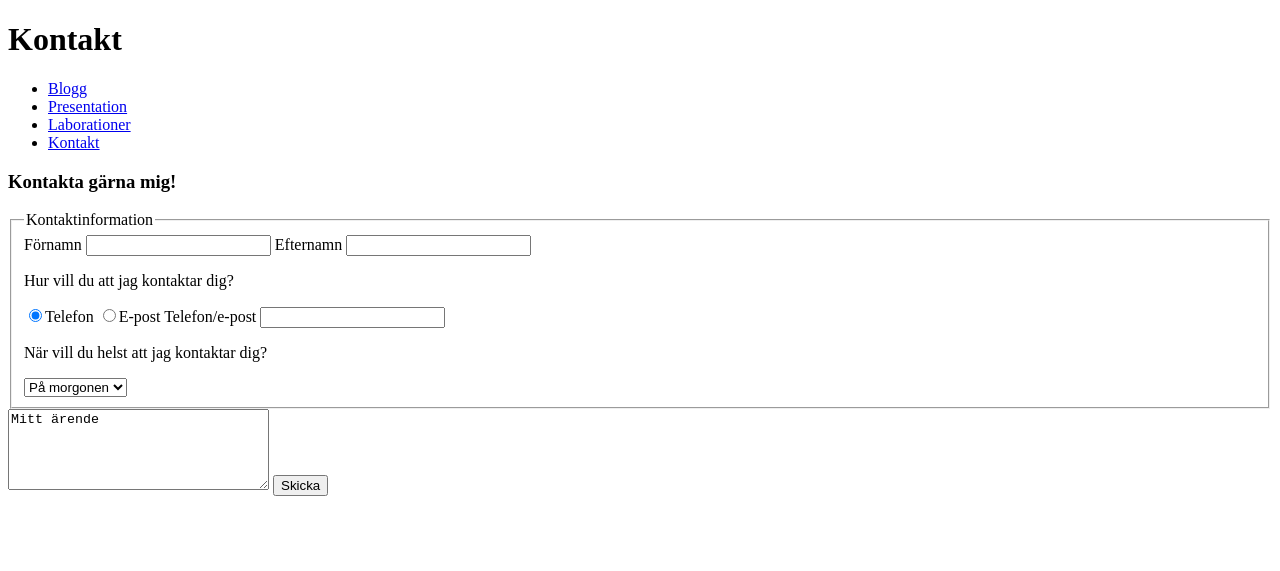
Repository: js223kz/1ik415-laborationer
Page: Pages/contact.html
The author's editor kept a record of every edit. The page is drawn from the files as they stood at one moment, then again after the next edit.
The browser window is 1280 px wide. The pictures show the whole page.

Above is the page before.

### Pages/contact.html
<!doctype html>
<html lang="sv">
    <head>
      <meta charset="utf-8" />
      <title>Kontakt</title>
    </head>

    <body>
        <header>
            <h1>Kontakt</h1>

        </header>

        <nav>
            <ul>
                <li><a href="../index.html">Blogg</a></li>
                <li><a href="presentation.html">Presentation</a></li>
                <li><a href="laborations.html">Laborationer</a></li>
                <li><a href="contact.html">Kontakt</a></li>
            </ul>

        <div id="content">
            <div id="contact">
                <h3>Kontakta gärna mig!</h3>

                <form method= "POST" action="http://voyager.lnu.se/tekinet/kurser/dtt/wp_webbintro/form.php">

                <fieldset>
                    <legend>Kontaktinformation</legend>

                    <label for="firstname">Förnamn</label>
                    <input type="text" id="firstname" name="firstname"/>

                    <label for="lastname">Efternamn</label>
                    <input type="text" id="lastname" name="lastname"/>

                    <p>Hur vill du att jag kontaktar dig?</p>
                    <input type="radio" value="telefon" name="contactoption" checked/>Telefon
                    <input type="radio" value="telefon" name="contactoption"/>E-post

                    <label for="contactinfo">Telefon/e-post</label>
                    <input type="text" id="contactinfo" name="contactinfo"/>

                    <p>När vill du helst att jag kontaktar dig?</p>
                    <select name="when" id="when">
                        <option checked>På morgonen</option>
                        <option>Efter lunch</option>
                        <option>På kvällen</option>
                    </select>
                </fieldset>






                    <textarea cols="30" rows="5" value="whatiwant">Mitt ärende</textarea>

                    <button type="submit">Skicka</button>
                </form>
            </div>
        </div>

    </body>
</html>

After the next edit:
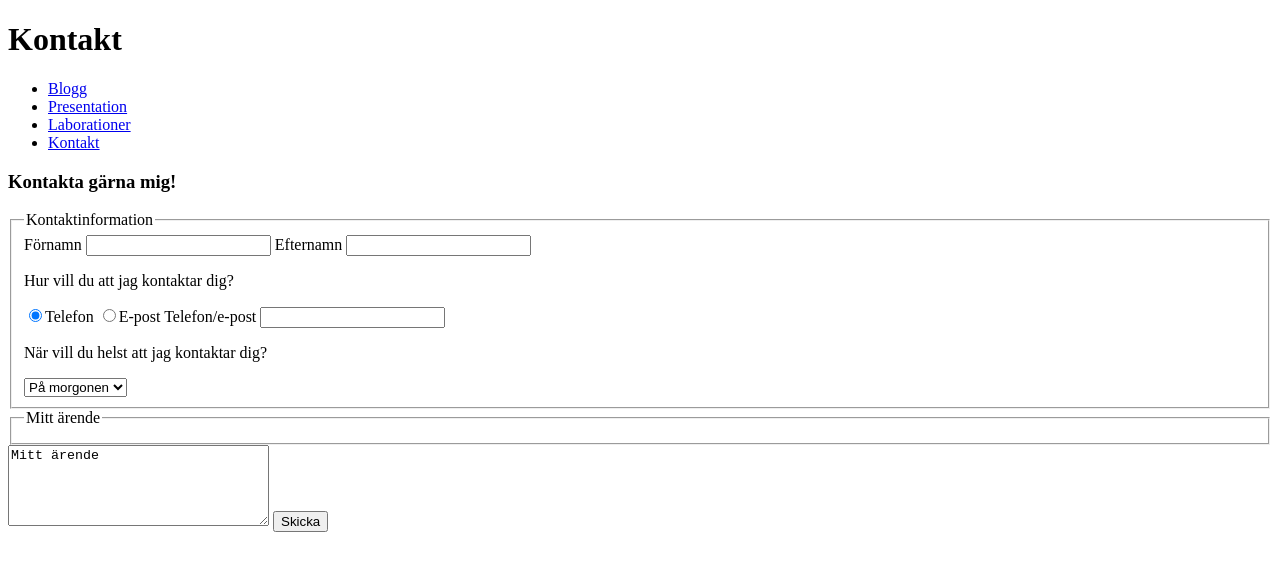
The edit:
--- a/Pages/contact.html
+++ b/Pages/contact.html
@@ -50,7 +50,9 @@
                 </fieldset>
 
 
-
+                <fieldset>
+                    <legend>Mitt ärende</legend>
+                </fieldset>
 
 
 
